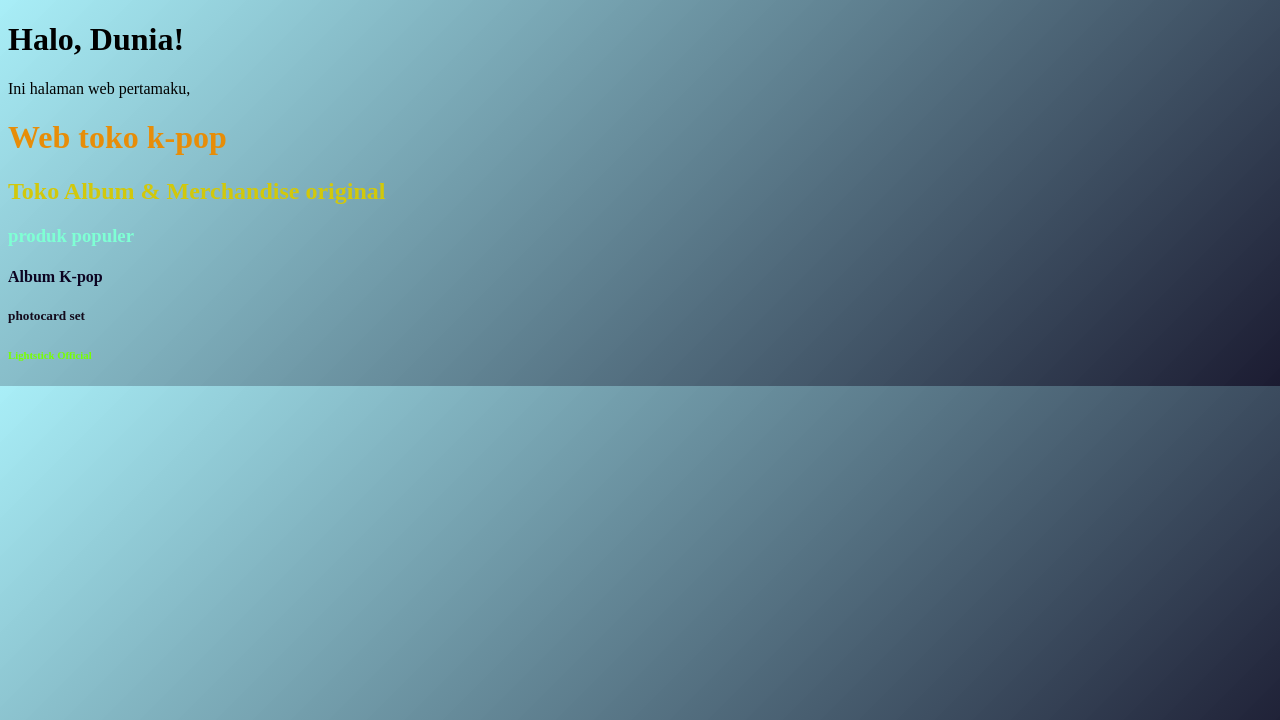
Repository: sekartazivi/241552010020-Web-Application-Development
Page: test.html
These files come from the project's save history. The page is drawn as it stood at one moment and after the next save; the edit follows.
The browser window is 1280 px wide. The pictures show the whole page.

Above is the page before, as saved 2026-02-20 08:57:05.

After the next save:
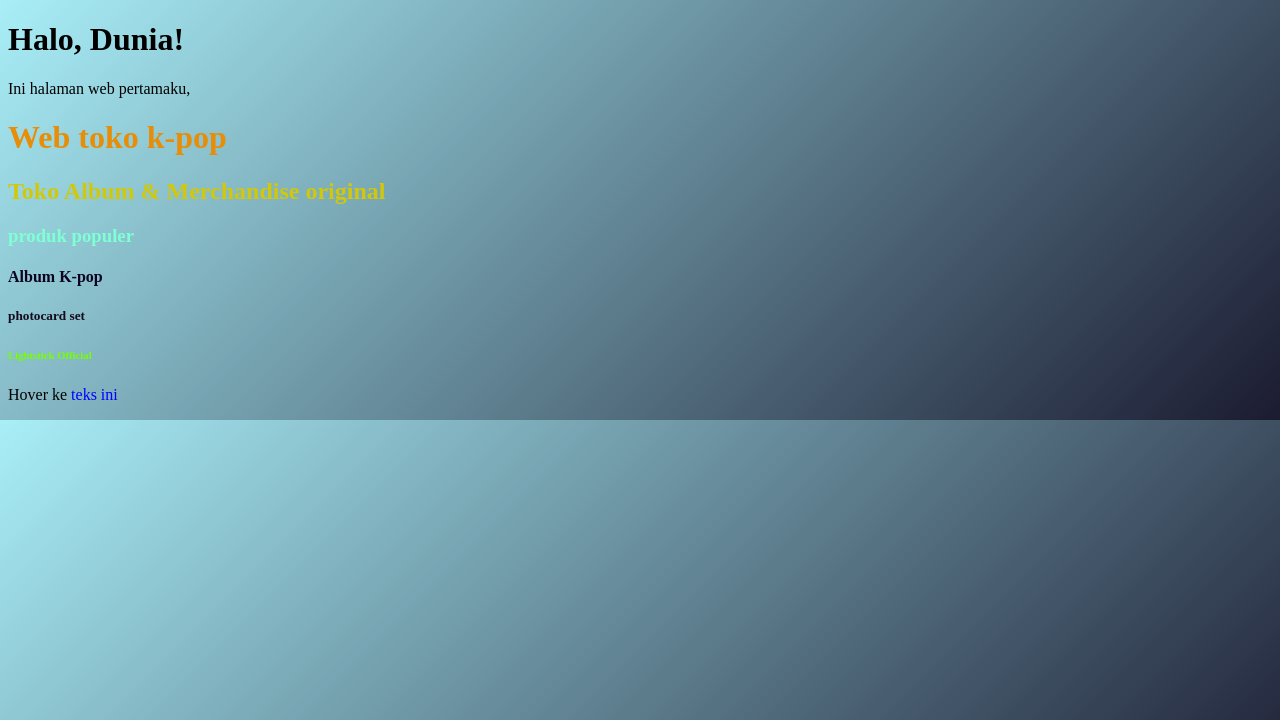
Saved 20 s later.
--- a/test.html
+++ b/test.html
@@ -21,7 +21,37 @@
     <h4 style="color: rgb(12, 3, 33);" >Album K-pop</h4>
     <h5 style="color: rgb(20, 11, 28);">photocard set</h5>
     <h6 style="color: rgb(119, 255, 0);">Lightstick Official</h6>
+<style>
+.tooltip {
+  position: relative;
+  cursor: pointer;
+  color: blue;
+}
 
+.tooltip-text {
+  visibility: hidden;
+  background-color: black;
+  color: white;
+  padding: 5px 8px;
+  border-radius: 4px;
+  position: absolute;
+  bottom: 125%;
+  left: 0;
+  white-space: nowrap;
+}
+
+.tooltip:hover .tooltip-text {
+  visibility: visible;
+}
+</style>
+
+<p>
+  Hover ke
+  <span class="tooltip">
+    teks ini
+    <span class="tooltip-text">Ini tooltip custom</span>
+  </span>
+</p>
 
 
 </body>
